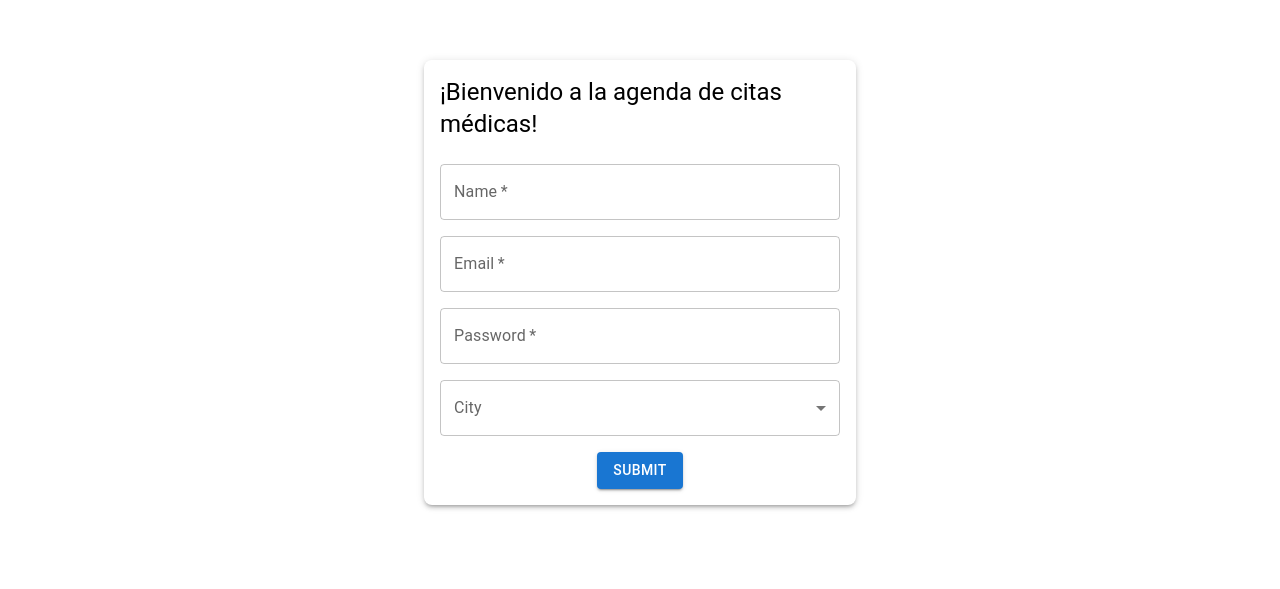
Repository: nicoleabaddd/FormReactJs
Page: /
The author's editor kept a copy of each file at every save. The page is drawn from the files as they stood at one save, then again after the next save.
The browser window is 1280 px wide. The pictures show the whole page.
The project was rebuilt for these pictures with package versions that can differ from the ones it lists, and the page was loaded fresh each time. Also part of the build but not shown: src/App.css.

Above is the page before, as saved 2024-07-15 00:57:00.

After the next save:
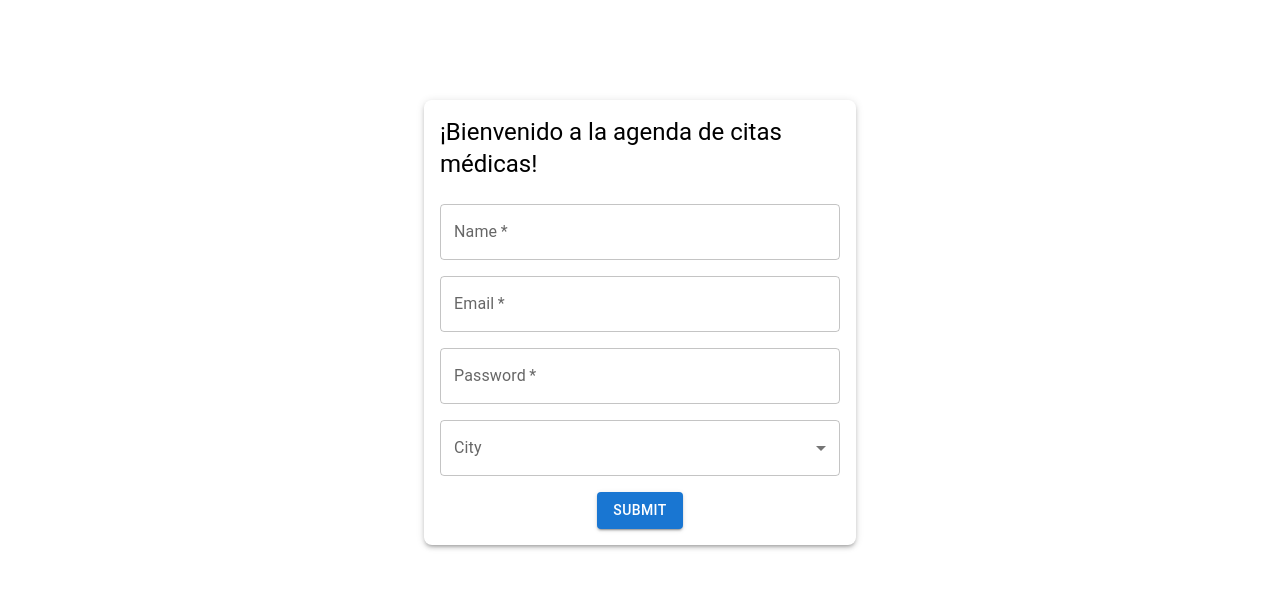
Saved 19 s later.
--- a/src/pages/formPages.jsx
+++ b/src/pages/formPages.jsx
@@ -4,7 +4,7 @@ import Forms from "../components/formulario";
 
 const FormPages=()=> {
     return (
-        <Box sx={{marginTop: "60px"}}> <Forms/></Box>
+        <Box sx={{marginTop: "100px"}}> <Forms/></Box>
     )
 };
 
